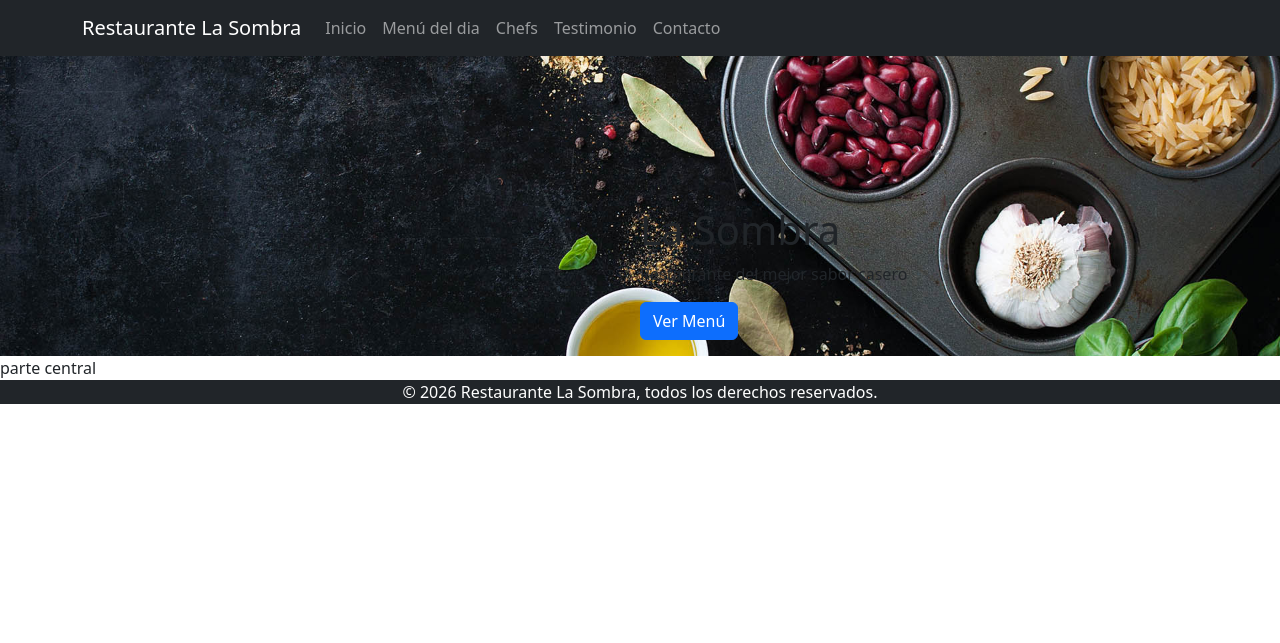
Repository: salextros/Restaurant-Project-PHP-MySQL
Page: http://localhost/
These files come from the project's save history. The page is drawn as it stood at one moment and after the next save; the edit follows.
The browser window is 1280 px wide. The pictures show the whole page.
The page is run by PHP 8.4 with error messages shown; the project is at /var/www/html/.

Above is the page before, as saved 2026-01-08 12:37:44.

### restaurant/index.php
<!doctype html>
<html lang="en">
    <head>
        <title>Title</title>
        <!-- Required meta tags -->
        <meta charset="utf-8" />
        <meta
            name="viewport"
            content="width=device-width, initial-scale=1, shrink-to-fit=no"
        />

        <!-- Bootstrap CSS v5.2.1 -->
        <link
            href="https://cdn.jsdelivr.net/npm/bootstrap@5.3.2/dist/css/bootstrap.min.css"
            rel="stylesheet"
            integrity="sha384-T3c6CoIi6uLrA9TneNEoa7RxnatzjcDSCmG1MXxSR1GAsXEV/Dwwykc2MPK8M2HN"
            crossorigin="anonymous"
        />
    </head>

    <body>




    <nav class="navbar navbar-expand-lg navbar-dark bg-dark">
    <div class="container">

    <a class="navbar-brand" href="#">Restaurante La Sombra</a>

    <button class="navbar-toggler" type="button" data-bs-toggle="collapse" data-bs-target="#navbarNav" aria-controls="navbarNav" aria-expanded="false" aria-label="Toggle navigation">
        <span class="navbar-toggler-icon"></span>
       </button>

        <div class="collapse navbar-collapse" id="navbarNav">
             <ul class="nav navbar-nav ml-auto">

                 <li class="nav-item">
                     <a class="nav-link" href="#inicio">Inicio</a>
                 </li>

                 </li>
                 <li class="nav-item">
                    <a class="nav-link" href="#menu">Menú del dia</a>
                 </li>

                 </li>
                 <li class="nav-item">
                    <a class="nav-link" href="#chefs">Chefs</a>
                 </li>

                  </li>
                 <li class="nav-item">
                    <a class="nav-link" href="#testimonio">Testimonio</a>
                 </li>

                  </li>
                 <li class="nav-item">
                    <a class="nav-link" href="#contacto">Contacto</a>
                 </li>

             </ul>
        </div>
    </div>
    </nav>

    <section id="banner" class="container-fluid p-0">
        <div class="banner-img" style="position:relative; background:url('images/slider-image1.jpg') center/cover no-repeat; height: 300px;">

            <div class="banner-text" style="position: absolute; top:50%; left:50%;">
                <h1>La Sombra</h1>
                <p>Restaurante del mejor sabor casero</p>
                <a href="#menu" class="btn btn-primary">Ver Menú</a>
            </div>

        </div>


    </section>



        <header>
            <!-- place navbar here -->
        </header>
        <main>
            parte central


        </main>






        <footer class="bg-dark text-white text-center">
            <!-- place footer here -->

            <p> &copy; 2026 Restaurante La Sombra, todos los derechos reservados.</p>

        </footer>
        <!-- Bootstrap JavaScript Libraries -->
        <script
            src="https://cdn.jsdelivr.net/npm/@popperjs/core@2.11.8/dist/umd/popper.min.js"
            integrity="sha384-I7E8VVD/ismYTF4hNIPjVp/Zjvgyol6VFvRkX/vR+Vc4jQkC+hVqc2pM8ODewa9r"
            crossorigin="anonymous"
        ></script>

        <script
            src="https://cdn.jsdelivr.net/npm/bootstrap@5.3.2/dist/js/bootstrap.min.js"
            integrity="sha384-BBtl+eGJRgqQAUMxJ7pMwbEyER4l1g+O15P+16Ep7Q9Q+zqX6gSbd85u4mG4QzX+"
            crossorigin="anonymous"
        ></script>
    </body>
</html>

After the next save:
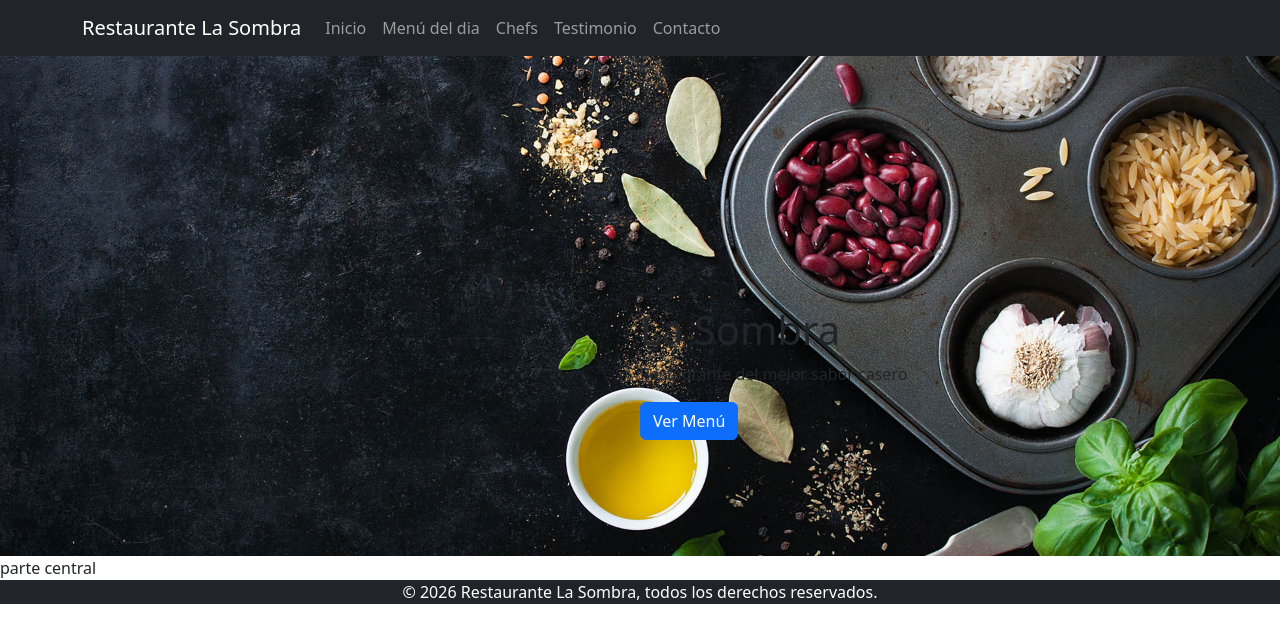
Saved 17 s later.
--- a/restaurant/index.php
+++ b/restaurant/index.php
@@ -65,7 +65,7 @@
     </nav>
 
     <section id="banner" class="container-fluid p-0">
-        <div class="banner-img" style="position:relative; background:url('images/slider-image1.jpg') center/cover no-repeat; height: 300px;">
+        <div class="banner-img" style="position:relative; background:url('images/slider-image1.jpg') center/cover no-repeat; height: 500px;">
 
             <div class="banner-text" style="position: absolute; top:50%; left:50%;">
                 <h1>La Sombra</h1>
